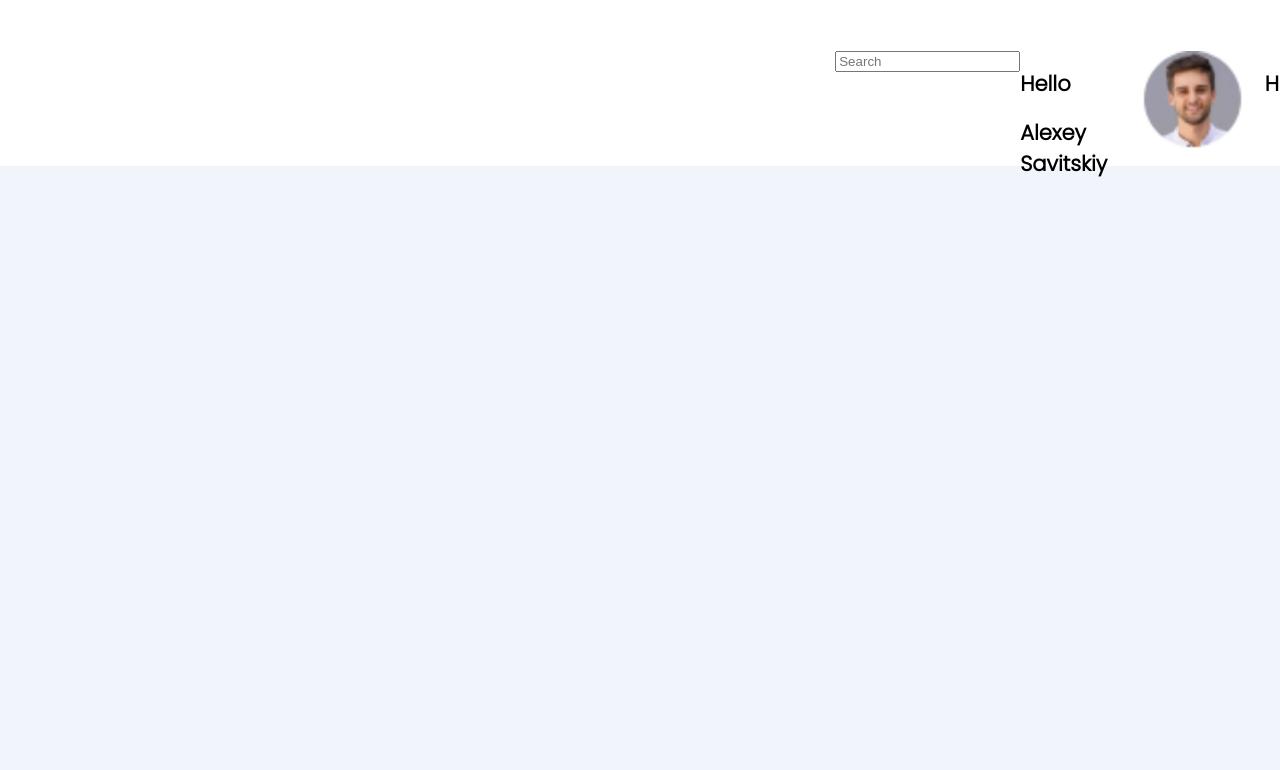
Repository: Anuruddha00/dashboard-design
Page: /
The author's editor kept a copy of each file at every save. The page is drawn from the files as they stood at one save, then again after the next save.
The browser window is 1280 px wide. The pictures show the whole page.
The project was rebuilt for these pictures with package versions that can differ from the ones it lists, and the page was loaded fresh each time.

Above is the page before, as saved 2021-05-06 22:47:59.

### public/index.html
<!DOCTYPE html>
<html lang="en">
  <head>
    <meta charset="utf-8" />
    <link rel="icon" href="%PUBLIC_URL%/favicon.ico" />
    <meta name="viewport" content="width=device-width, initial-scale=1" />
    <meta name="theme-color" content="#000000" />
    <meta
      name="description"
      content="Web site created using create-react-app"
    />
    <link rel="apple-touch-icon" href="%PUBLIC_URL%/logo192.png" />

    <link rel="preconnect" href="https://fonts.gstatic.com">
    <link href="https://fonts.googleapis.com/css2?family=Poppins:wght@300&display=swap" rel="stylesheet">

    <!--
      manifest.json provides metadata used when your web app is installed on a
      user's mobile device or desktop. See https://developers.google.com/web/fundamentals/web-app-manifest/
    -->
    <link rel="manifest" href="%PUBLIC_URL%/manifest.json" />
    <!--
      Notice the use of %PUBLIC_URL% in the tags above.
      It will be replaced with the URL of the `public` folder during the build.
      Only files inside the `public` folder can be referenced from the HTML.

      Unlike "/favicon.ico" or "favicon.ico", "%PUBLIC_URL%/favicon.ico" will
      work correctly both with client-side routing and a non-root public URL.
      Learn how to configure a non-root public URL by running `npm run build`.
    -->
    <title>React App</title>
  </head>
  <body>
    <noscript>You need to enable JavaScript to run this app.</noscript>
    <div id="root"></div>
    <!--
      This HTML file is a template.
      If you open it directly in the browser, you will see an empty page.

      You can add webfonts, meta tags, or analytics to this file.
      The build step will place the bundled scripts into the <body> tag.

      To begin the development, run `npm start` or `yarn start`.
      To create a production bundle, use `npm run build` or `yarn build`.
    -->
  </body>
</html>

### src/index.js
import React from 'react';
import ReactDOM from 'react-dom';
import Dashboard from './containers/Dashboard/Dashboard';
import reportWebVitals from './reportWebVitals';

ReactDOM.render(
  <React.StrictMode>
    <Dashboard />
  </React.StrictMode>,
  document.getElementById('root')
);

// If you want to start measuring performance in your app, pass a function
// to log results (for example: reportWebVitals(console.log))
// or send to an analytics endpoint. Learn more: https://bit.ly/CRA-vitals
reportWebVitals();

### src/containers/Dashboard/Dashboard.js
import React from 'react';
import './Dashboard.scss';

const dashboard = () =>{

    return(
        <div className='container'>
            <div className='dashboard'>
                <nav className ='navBar'>
                    <div className='navBarContent'>
                        <div className='navBarContentSearch'>
                            <form className='navBarContentSearchField'>
                                <input type='text' placeholder='Search'/>
                            </form>
                        </div>
                        <div className='navBarContentProfile'>
                            <div className='navBarContentProfileName'>
                                <h2>Hello</h2>
                                <h2>Alexey Savitskiy</h2>
                            </div>
                            <img src='./assets/Image 9.png'/>
                            <h1>H</h1>
                        </div>
                    </div>
                </nav>


            </div>
        </div>
    )

}
export default dashboard;

### src/containers/Dashboard/Dashboard.scss

body{
    margin: 0;
    padding: 0;
    font-size: 0.875rem;
    font-family: 'Poppins', sans-serif;

}

.container{
    background: #f1f5fb;
    height: 100vh;

    .dashboard{
        margin-top: 50px;

        .navBar{
            display: flex;
            justify-content: end;
            border: 1px solid #ffffff;
            background:#ffffff;

            &Content{
                display: flex;


                &Search{

                    &Field{

                    }
                }
                &Profile{

                    &Name{

                    }
                    display: flex;
                    gap: 1em;
                }
            }
        }
    }
}

Loaded but not shown: src/reportWebVitals.js (common file)

After the next save:
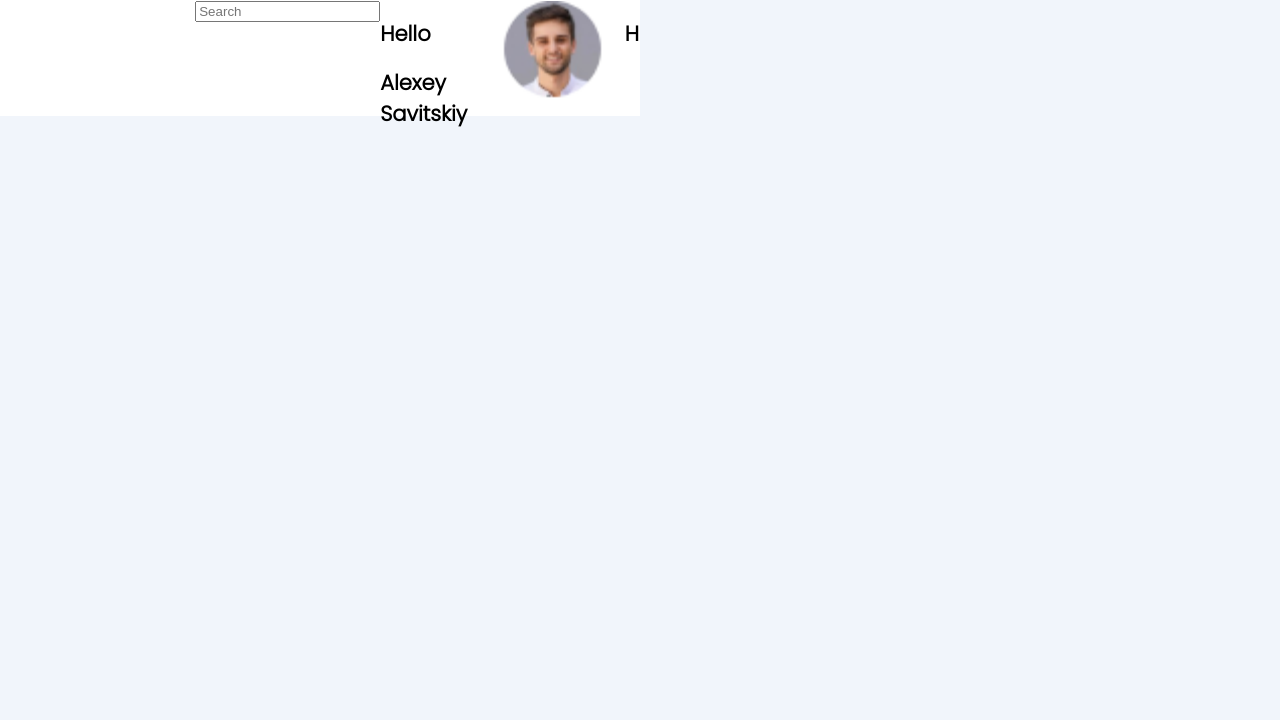
Saved 48 s later.
--- a/src/containers/Dashboard/Dashboard.scss
+++ b/src/containers/Dashboard/Dashboard.scss
@@ -12,7 +12,8 @@ body{
     height: 100vh;
 
     .dashboard{
-        margin-top: 50px;
+        display: grid;
+        grid-template-columns: 1fr 1fr;
 
         .navBar{
             display: flex;
